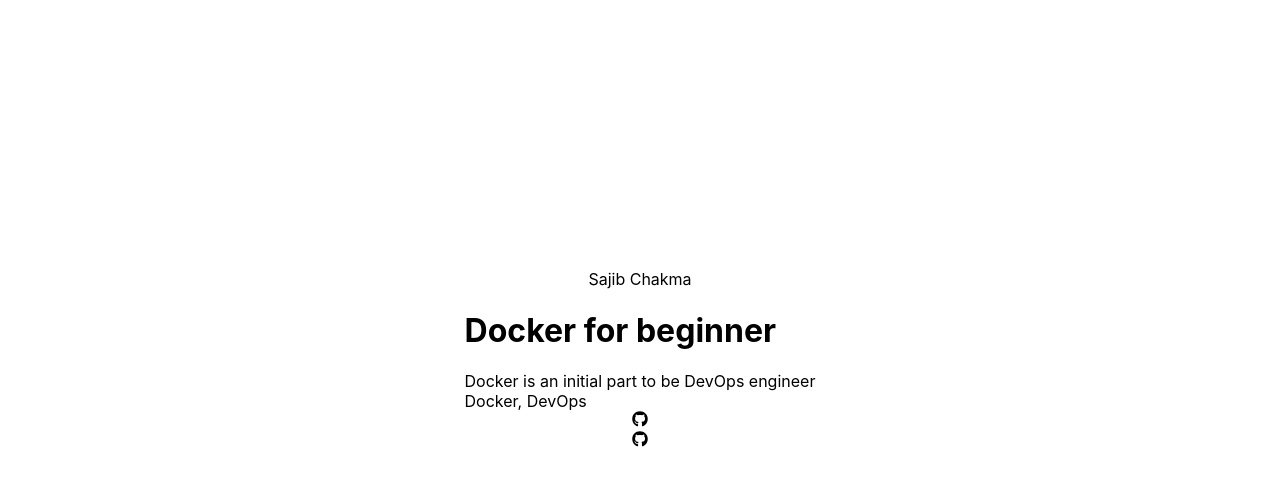
Repository: ChakmaSajib/sajibchakma
Page: /
These files come from the project's save history. The page is drawn as it stood at one moment and after the next save; the edit follows.
The browser window is 1280 px wide. The pictures show the whole page.
The project was rebuilt for these pictures with package versions that can differ from the ones it lists, and the page was loaded fresh each time. The framework's server and built-in components were replaced by stand-ins that run in the browser. Also part of the build but not shown: next.config.js.

Above is the page before, as saved 2022-08-28 21:55:33.

### pages/index.tsx
import type { NextPage } from 'next'
import Head from 'next/head'
import { FaGithub } from 'react-icons/fa';

import { Article, BioData, Contact} from '../components';
import styles from '../styles/Home.module.css'

const Home: NextPage = () => {
  return (
    <div className={styles.container}>
      <Head>
        <title>Sajib Chakma personal website</title>
        <meta name="description" content="Sajib Chakma personal website" />
      </Head>

      <main className={styles.main}>
        <BioData message = "Sajib Chakma" />
        <Article title = "Docker for beginner" description=' Docker is an initial part to be DevOps engineer' tag = "Docker, DevOps"/>
        <Contact title= "Connect with me" mediumName='Github' link="https://github.com/ChakmaSajib" iconComponent={<FaGithub/>}/>
        <Contact title= "Connect with me" mediumName='Github' link="https://github.com/ChakmaSajib" iconComponent={<FaGithub/>}/>
      </main>

    </div>
  )
}

export default Home

### components/index.ts
export { default as Article } from './Article';
export { default as BioData } from './BioData';
export { default as Contact } from  './Contact';

### components/Article.tsx
import React from 'react'

type AppProps = {
    title: string,
    description: string
    tag: string
}


const Article = ({ title, description, tag} : AppProps) : JSX.Element => (
    <div>
        <h1>{title}</h1>
        <article>{description}</article>
        <span>{tag}</span>
    </div>
)

export default Article;

### components/BioData.tsx
import React from 'react'

type AppProps =  {
    message: string
}

const BioData = ({ message } : AppProps) : JSX.Element => (
    <div>{message}</div>
)

export default BioData;

### components/Contact.tsx
import Image from 'next/image';
import Link from 'next/link';
import React, { ReactNode } from 'react'

type AppProps=  {
    title: string;
    mediumName: string;
    link: string;
    iconComponent: React.ReactNode
}

const Contact = ({ title, mediumName, link, iconComponent } : AppProps ) : JSX.Element => (
    <div>
        <Link href={link}>
        {iconComponent}
        </Link>
    </div>
)

export default Contact;

Loaded but not shown: pages/_app.tsx (common file); styles/globals.css (common file); styles/Home.module.css (common file)

After the next save:
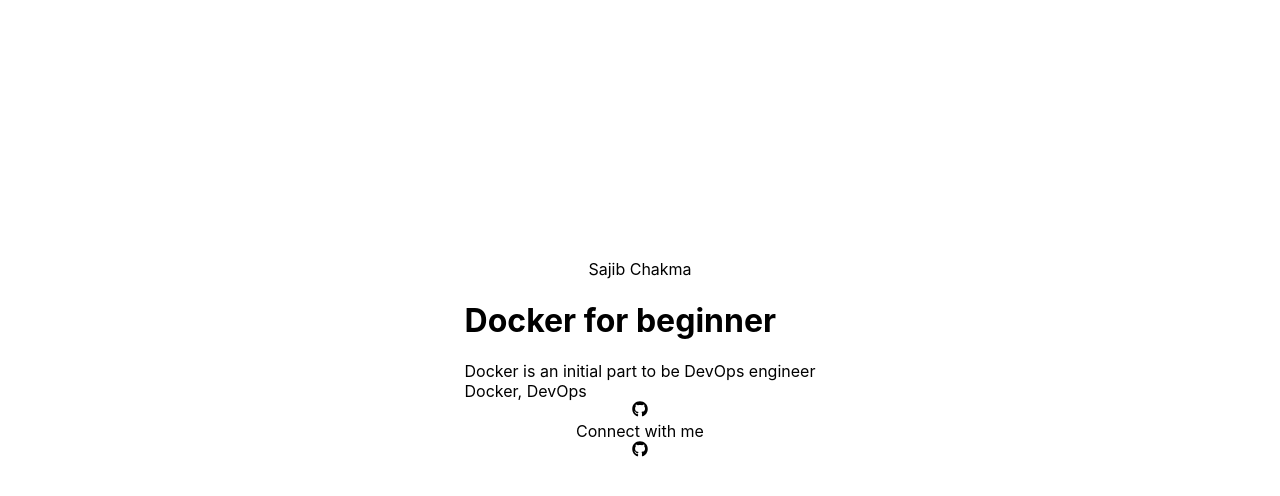
Saved 18 s later.
--- a/pages/index.tsx
+++ b/pages/index.tsx
@@ -17,7 +17,8 @@
         <BioData message = "Sajib Chakma" />
         <Article title = "Docker for beginner" description=' Docker is an initial part to be DevOps engineer' tag = "Docker, DevOps"/>
         <Contact title= "Connect with me" mediumName='Github' link="https://github.com/ChakmaSajib" iconComponent={<FaGithub/>}/>
-        <Contact title= "Connect with me" mediumName='Github' link="https://github.com/ChakmaSajib" iconComponent={<FaGithub/>}/>
+        <span>Connect with me</span>
+        <Contact mediumName='Github' link="https://github.com/ChakmaSajib" iconComponent={<FaGithub/>}/>
       </main>
 
     </div>
